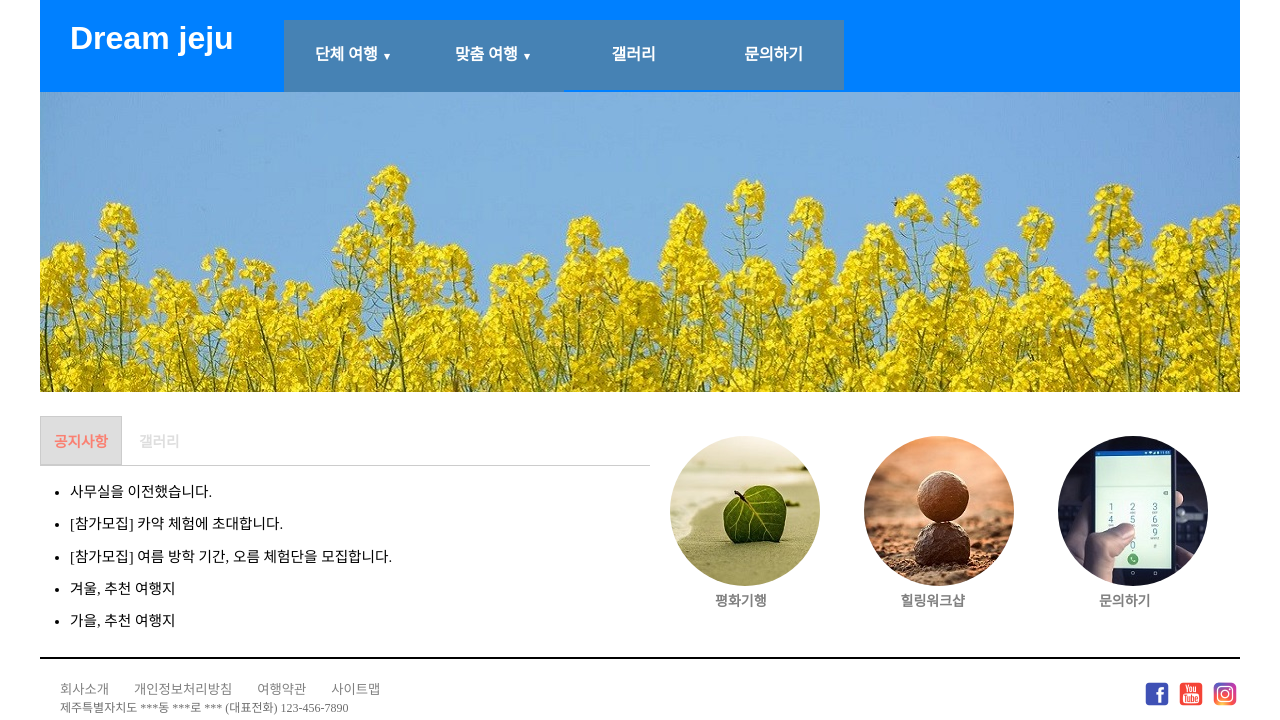
Repository: Gmajorlist/HTML
Page: http://localhost/webProject/
The author's editor kept a copy of each file at every save. The page is drawn from the files as they stood at one save, then again after the next save.
The browser window is 1280 px wide. The pictures show the whole page.
Some web fonts or font styles are not loaded; a fallback is used. The page is served by Tomcat 9.

Above is the page before, as saved 2023-03-22 13:36:39.
Console error: TypeError: Cannot read properties of null (reading 'click')

After the next save:
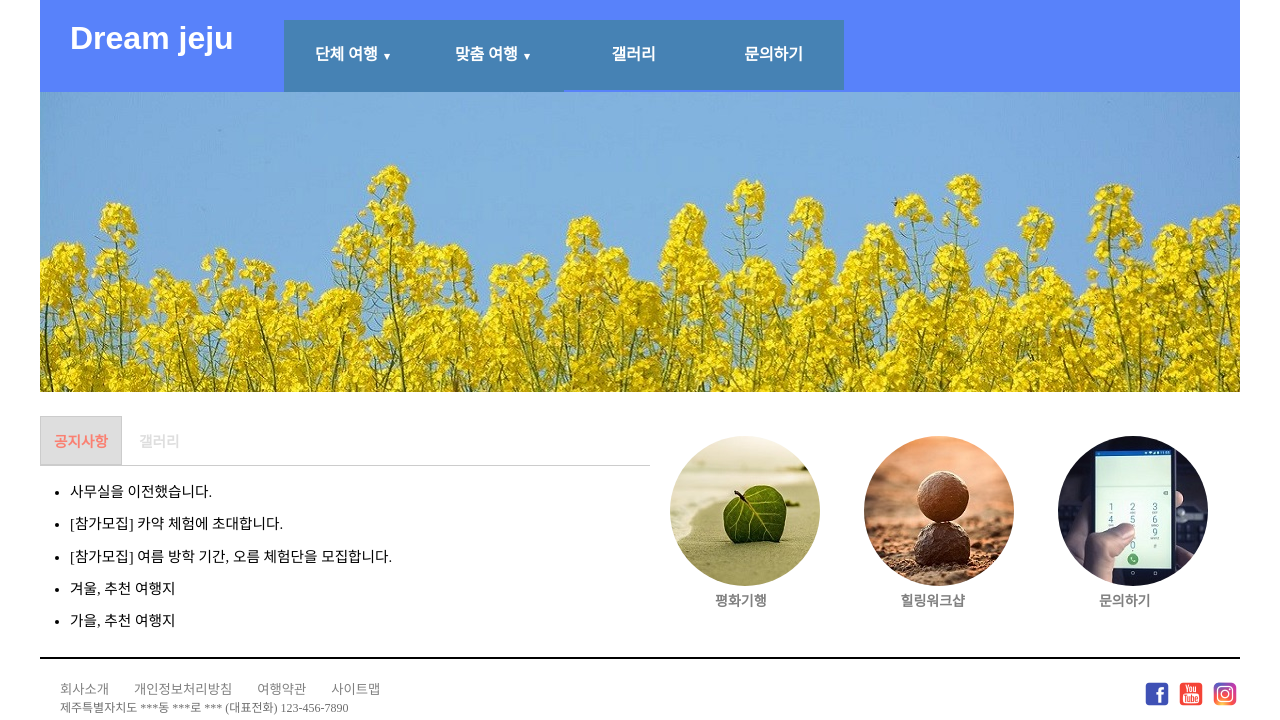
Saved 39 s later.
--- a/webProject/src/main/webapp/css/style.css
+++ b/webProject/src/main/webapp/css/style.css
@@ -20,7 +20,7 @@
 }
 
 #header {
-    background-color: #0080FF;
+    background-color: #5882FA;
     padding-top: 20px;
 }
 
